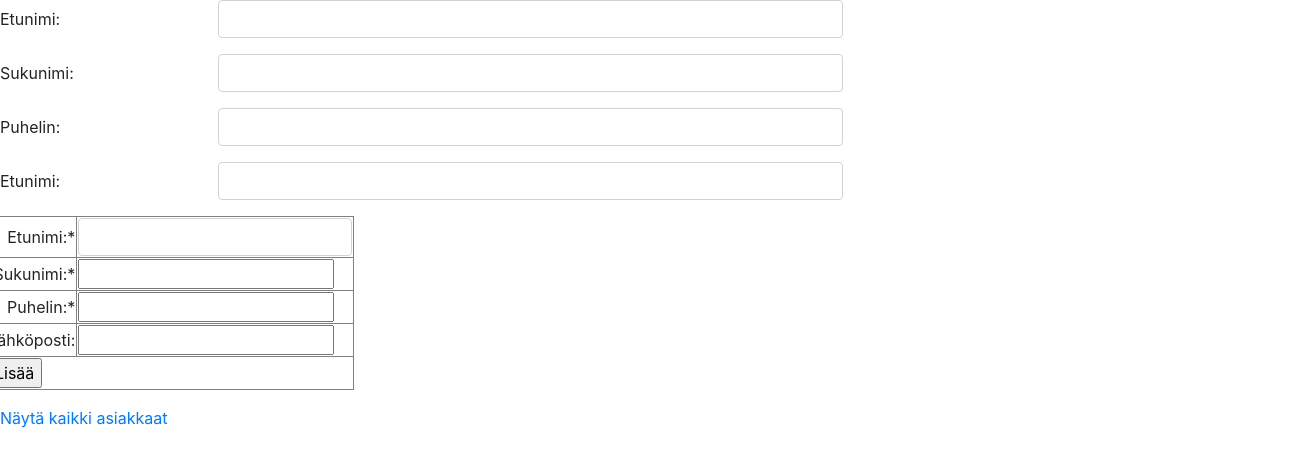
Repository: sarastu5/javaohjelmointi
Page: http://localhost/AsiakkaatWeb/lisaaasiakas.jsp
These files come from the project's save history. The page is drawn as it stood at one moment and after the next save; the edit follows.
The browser window is 1280 px wide. The page is 1295 px wide, so the pictures cover 1295 px, including what lies to the right of the window. The pictures show the whole page.
Some web libraries are served in a nearby version. The page is served by Tomcat 9. The session is filled in as if someone had signed in: {"kayttaja": 1}. Other server files are loaded and not shown.

Above is the page before, as saved 2018-05-04 18:39:40.

### Java EE/AsiakkaatWeb/WebContent/lisaaasiakas.jsp
<%@include file="onkokirjauduttu.jsp" %>
<%@ page language="java" contentType="text/html; charset=ISO-8859-1"
    pageEncoding="ISO-8859-1"%>
<!DOCTYPE html PUBLIC "-//W3C//DTD HTML 4.01 Transitional//EN" "http://www.w3.org/TR/html4/loose.dtd">
<html>
<head>
<meta http-equiv="Content-Type" content="text/html; charset=ISO-8859-1">
<script src="https://ajax.googleapis.com/ajax/libs/jquery/3.1.1/jquery.min.js"></script>
<link rel="stylesheet" type="text/css" href="main.css">
<link rel="stylesheet" href="https://stackpath.bootstrapcdn.com/bootstrap/4.1.0/css/bootstrap.min.css" integrity="sha384-9gVQ4dYFwwWSjIDZnLEWnxCjeSWFphJiwGPXr1jddIhOegiu1FwO5qRGvFXOdJZ4" crossorigin="anonymous">
<title>Asiakkaiden lisäys</title>
</head>
<body>
	<div id="error"></div>

	<form>
		<div class="form-group row">
	   		<label for="etunimi" class="col-sm-2 col-form-label">Etunimi:</label>
	    	<div class="col-sm-6">
	      		<input type="text" class="form-control" name="etunimi" id="etunimi">
	    	</div>
  		</div>
  		<div class="form-group row">
	   		<label for="sukunimi" class="col-sm-2 col-form-label">Sukunimi:</label>
	    	<div class="col-sm-6">
	      		<input type="text" class="form-control" name="sukunimi" id="sukunimi">
	    	</div>
  		</div>
  		<div class="form-group row">
	   		<label for="puhelin" class="col-sm-2 col-form-label">Puhelin:</label>
	    	<div class="col-sm-6">
	      		<input type="text" class="form-control" name="puhelin" id="puhelin">
	    	</div>
  		</div>
  		<div class="form-group row">
	   		<label for="etunimi" class="col-sm-2 col-form-label">Etunimi:</label>
	    	<div class="col-sm-6">
	      		<input type="text" class="form-control" name="etunimi" id="etunimi">
	    	</div>
  		</div>
	</form>



	<form class="form-group row" action="LisaaAsiakas" method="post" name="lisaaLomake" onsubmit="return validateForm()" id="lisaaLomake">
		<table border="1">
			<tr>
				<td align="right">Etunimi:*</td>
				<td><input type="text" class="form-control" name="etunimi" id="etunimi"></td>
			</tr>
			<tr>
				<td align="right">Sukunimi:*</td>
				<td><input type="text" name="sukunimi" id="sukunimi"></td>
			</tr>
			<tr>
				<td align="right">Puhelin:*</td>
				<td><input type="text" name="puhelin" id="puhelin"></td>
			</tr>
			<tr>
				<td align="right">Sähköposti:</td>
				<td><input type="text" name="sposti" id="sposti"></td>
			</tr>
			<tr>
				<td colspan="2"><input type="submit" value="Lisää"></td>
			</tr>
		</table>
	</form>

	<a href="haeasiakkaat.jsp">Näytä kaikki asiakkaat</a>

	<script>
		function validateForm() {
			var error = "";

			var etunimi = document.forms["lisaaLomake"]["etunimi"].value;
			if (etunimi == "") {
				error = error + "Etunimi on pakollinen<br>";
			}

			var sukunimi = document.forms["lisaaLomake"]["sukunimi"].value;
			if (sukunimi == "") {
				error = error + "Sukunimi on pakollinen<br>";
			}

			var puhelin = document.forms["lisaaLomake"]["puhelin"].value;
			if (puhelin == "") {
				error = error + "Puhelinnumero on pakollinen<br>";
			}

			if (error !== "") {
				$("#error").html(error);
				return false;
			}
		}
	</script>

	<script src="https://code.jquery.com/jquery-3.3.1.slim.min.js" integrity="sha384-q8i/X+965DzO0rT7abK41JStQIAqVgRVzpbzo5smXKp4YfRvH+8abtTE1Pi6jizo" crossorigin="anonymous"></script>
	<script src="https://cdnjs.cloudflare.com/ajax/libs/popper.js/1.14.0/umd/popper.min.js" integrity="sha384-cs/chFZiN24E4KMATLdqdvsezGxaGsi4hLGOzlXwp5UZB1LY//20VyM2taTB4QvJ" crossorigin="anonymous"></script>
	<script src="https://stackpath.bootstrapcdn.com/bootstrap/4.1.0/js/bootstrap.min.js" integrity="sha384-uefMccjFJAIv6A+rW+L4AHf99KvxDjWSu1z9VI8SKNVmz4sk7buKt/6v9KI65qnm" crossorigin="anonymous"></script>
</body>
</html>

### Java EE/AsiakkaatWeb/WebContent/onkokirjauduttu.jsp
<%
if (session.getAttribute("kayttaja")==null) {
	response.sendRedirect("index.jsp");
	return;
}
%>

### Java EE/AsiakkaatWeb/WebContent/main.css
td.otsikko {
	font-weight: bold;
}

After the next save:
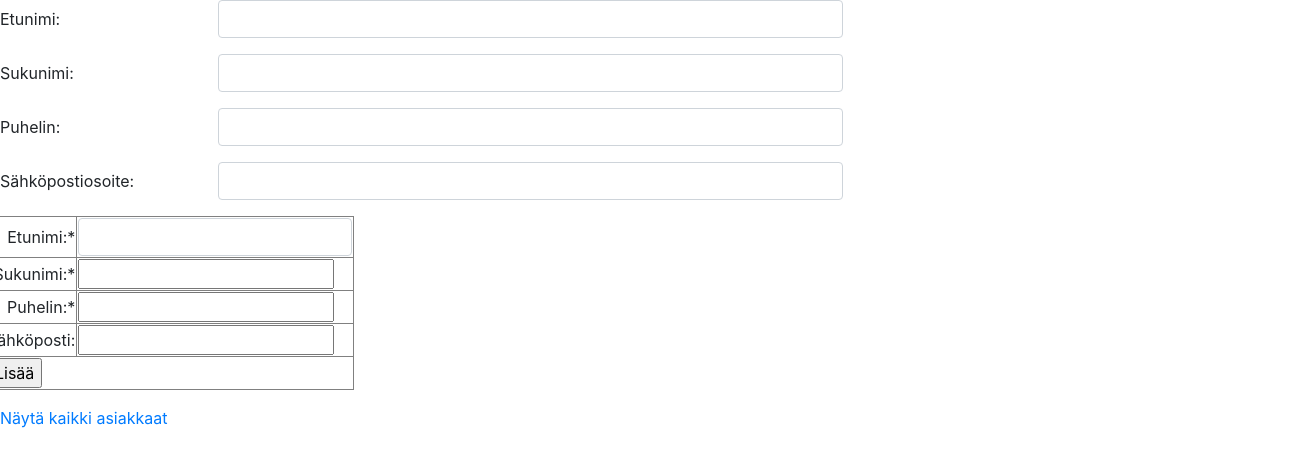
Saved 25 s later.
--- a/Java EE/AsiakkaatWeb/WebContent/lisaaasiakas.jsp
+++ b/Java EE/AsiakkaatWeb/WebContent/lisaaasiakas.jsp
@@ -33,9 +33,9 @@
 	    	</div>
   		</div>
   		<div class="form-group row">
-	   		<label for="etunimi" class="col-sm-2 col-form-label">Etunimi:</label>
+	   		<label for="sposti" class="col-sm-2 col-form-label">Sähköpostiosoite:</label>
 	    	<div class="col-sm-6">
-	      		<input type="text" class="form-control" name="etunimi" id="etunimi">
+	      		<input type="text" class="form-control" name="sposti" id="sposti">
 	    	</div>
   		</div>
 	</form>
